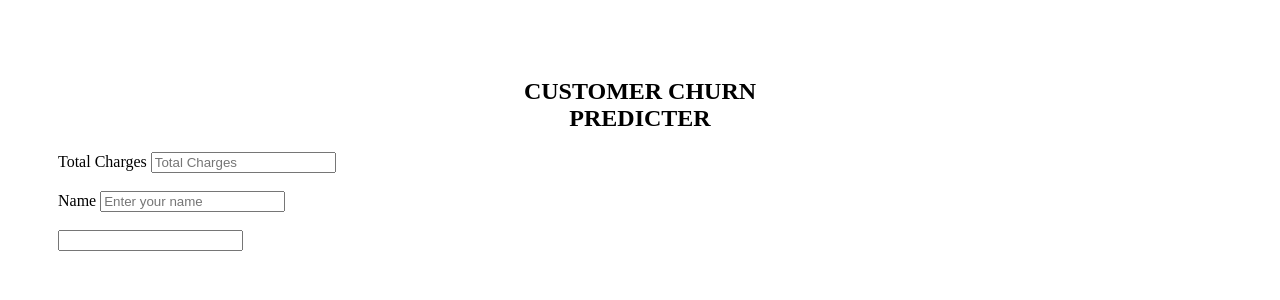
Repository: Cedrqmwesigwa/customer-churn-Bank
Page: index.html
The author's editor kept a copy of each file at every save. The page is drawn from the files as they stood at one save, then again after a run of saves.
The browser window is 1280 px wide. The pictures show the whole page.

Above is the page before, as saved 2024-05-21 03:31:19.

After the next 2 saves:
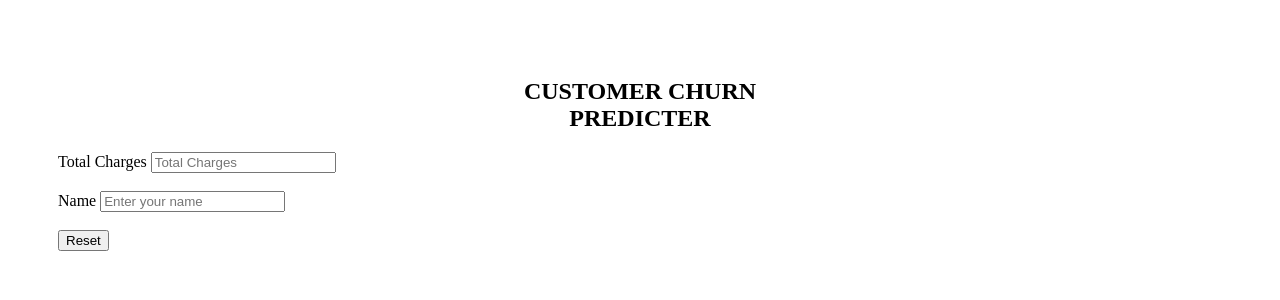
The 2 saves are shown as one change because they came seconds apart.
The last was saved 10 s later.
--- a/index.html
+++ b/index.html
@@ -45,7 +45,7 @@
                     <br>
 
                     <div>
-                        <input type="text" class="reset">
+                        <input type="reset" class="reset">
                     </div>
 
 
